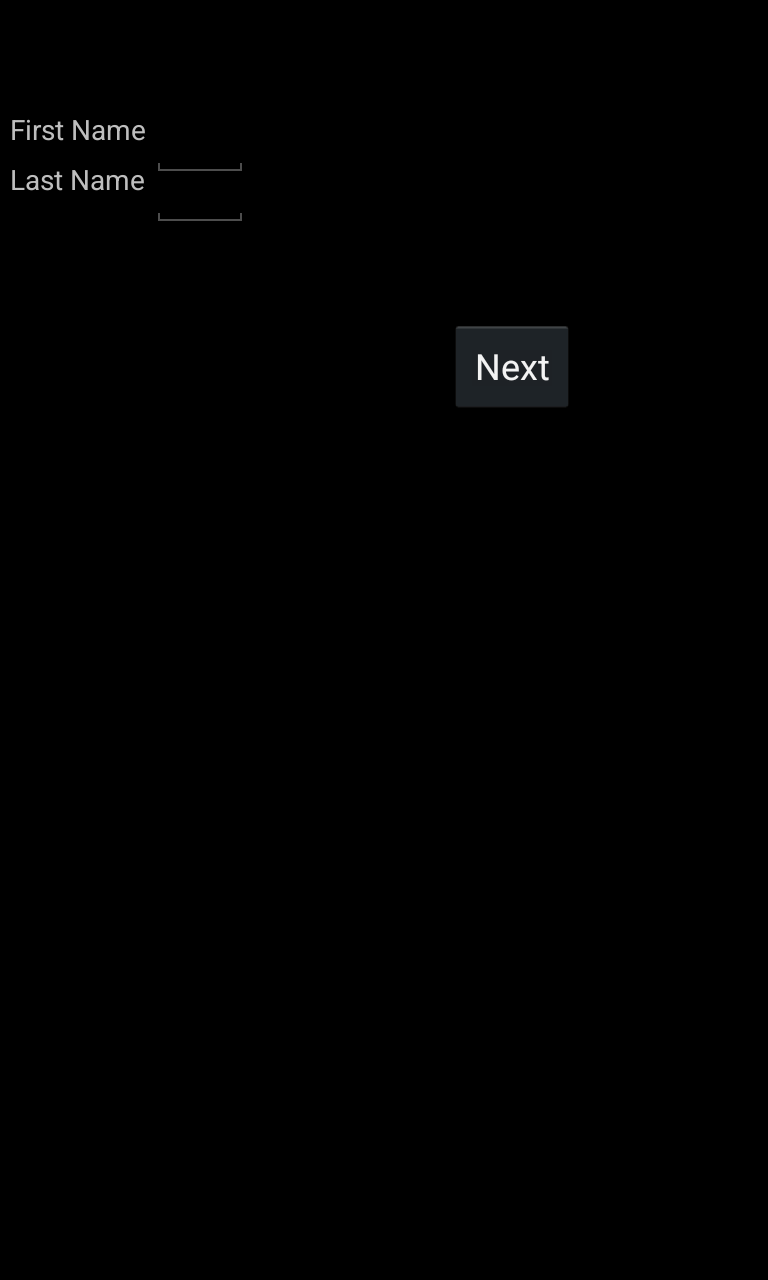
Repository: MobileAffairsLTD/AndroidDemos
Layout: 2.UI_Toast_Alert/res/layout/main.xml
The author's editor kept a copy of each file at every save. The layout is drawn from the files as they stood at one save, then again after the next save.
It is drawn on a 768 x 1280 px phone screen (xhdpi) without system bars, with theme android:Theme.Holo; the app's code is not run.

Above is the layout before, as saved 2012-04-17 20:33:06.

### 2.UI_Toast_Alert/res/layout/main.xml
	<AbsoluteLayout xmlns:android="http://schemas.android.com/apk/res/android"
	    android:layout_width="fill_parent"
	    android:layout_height="fill_parent">
	    <TextView
	    	android:layout_x="10px"
	    	android:layout_y="110px"
	    	android:text="First Name"
	    	android:layout_width="wrap_content"
	    	android:layout_height="wrap_content" />
	    <EditText
	    	android:layout_x="150px"
	    	android:layout_y="100px"
	    	android:width="100px"
	    	android:layout_width="wrap_content"
	    	android:layout_height="wrap_content" />
	    <TextView
	    	android:layout_x="10px"
	    	android:layout_y="160px"
	    	android:text="Last Name"
	    	android:layout_width="wrap_content"
	    	android:layout_height="wrap_content" />
	    	<EditText
	    	android:layout_x="150px"
	    	android:layout_y="150px"
	    	android:width="100px"
	    	android:layout_width="wrap_content"
	    	android:layout_height="wrap_content" />
	    	<Button
	    	    android:id="@+id/nextbutton"
	    	    android:layout_width="wrap_content"
	    	    android:layout_height="wrap_content"
	    	    android:layout_x="224dp"
	    	    android:layout_y="159dp"
	    	    android:text="Next" />
	</AbsoluteLayout>

After the next save:
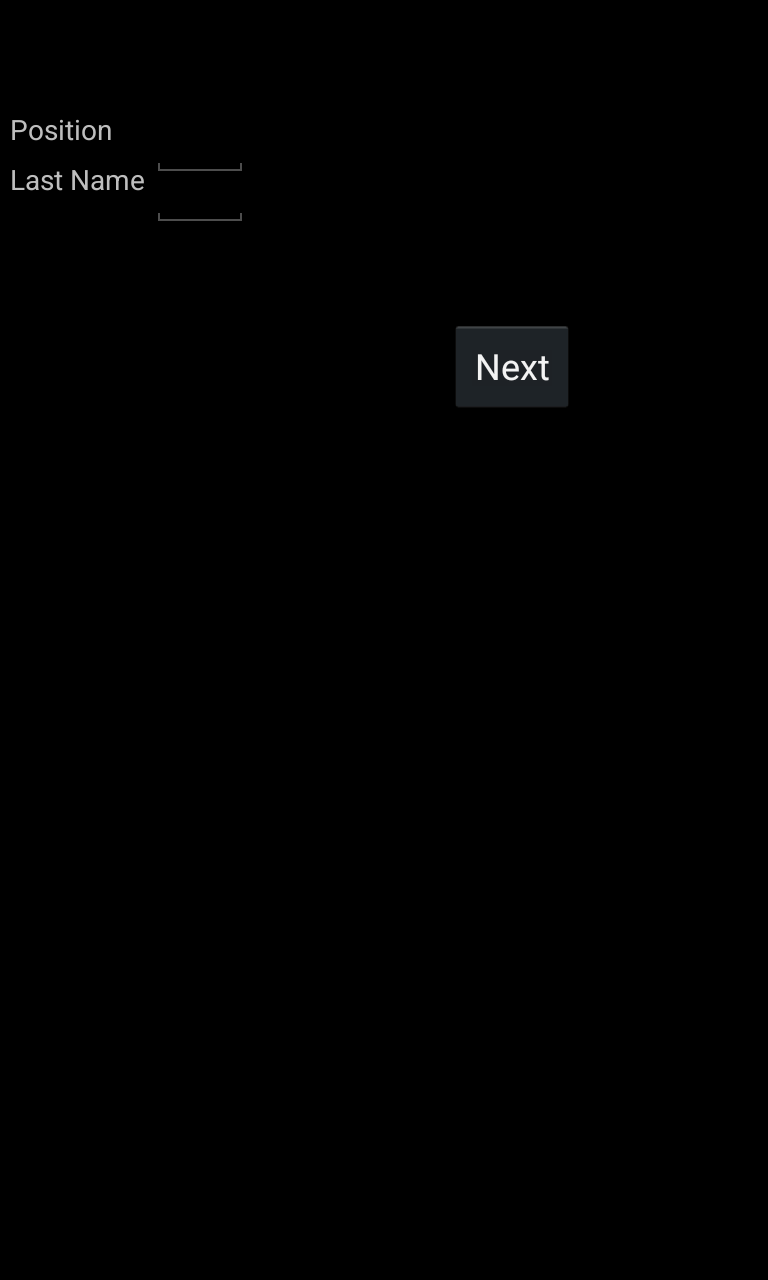
Saved 2 min 22 s later.
--- a/2.UI_Toast_Alert/res/layout/main.xml
+++ b/2.UI_Toast_Alert/res/layout/main.xml
@@ -4,7 +4,7 @@
 	    <TextView
 	    	android:layout_x="10px"
 	    	android:layout_y="110px"
-	    	android:text="First Name"
+	    	android:text="Position"
 	    	android:layout_width="wrap_content"
 	    	android:layout_height="wrap_content" />
 	    <EditText
